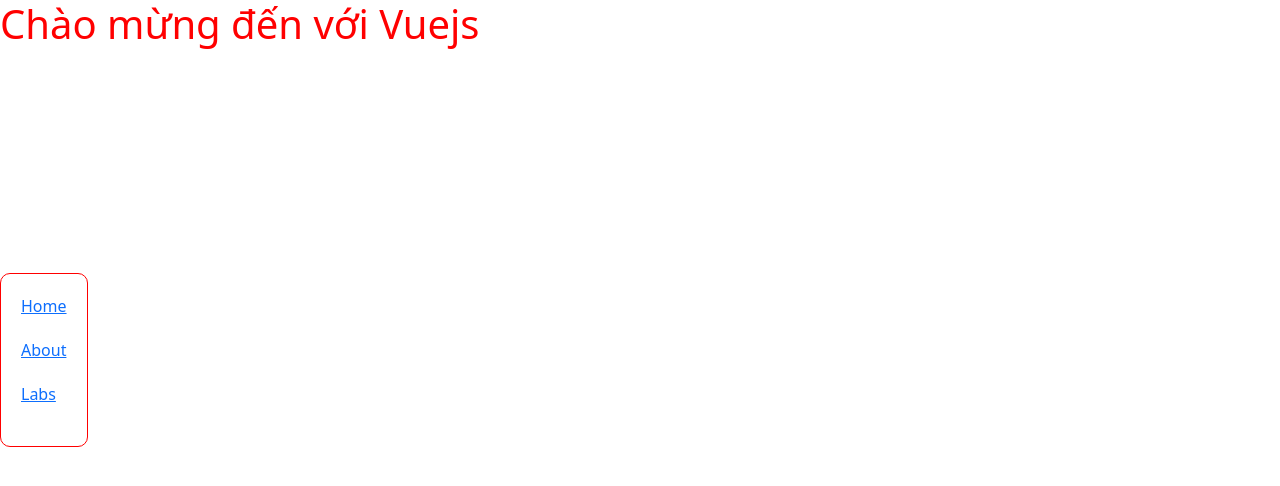
Repository: tuankiet10920/homeworkFEF
Page: /
These files come from the project's save history. The page is drawn as it stood at one moment and after the next save; the edit follows.
The browser window is 1280 px wide. The pictures show the whole page.
The project was rebuilt for these pictures with package versions that can differ from the ones it lists, and the page was loaded fresh each time. Also part of the build but not shown: vite.config.js, src/components/HelloWorld.vue.

Above is the page before, as saved 2024-10-22 14:38:07.

After the next save:
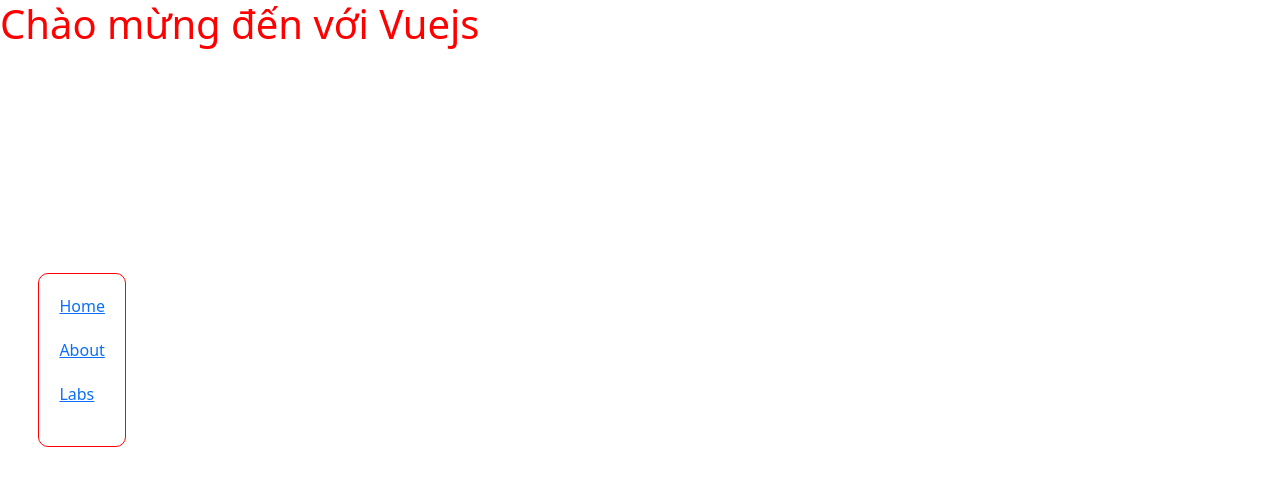
Saved 10 s later.
--- a/src/App.vue
+++ b/src/App.vue
@@ -25,6 +25,7 @@ nav {
   flex-direction: column;
   position: absolute;
   top: 50%;
+  left: 3%;
   transform: translateY(-50%);
   padding: 20px;
   border-radius: 10px;
